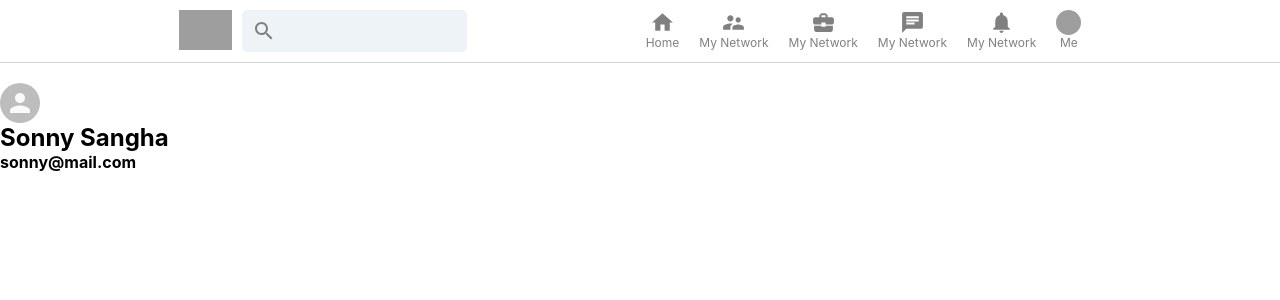
Repository: joaogamarra/linkedin-clone
Page: /
An editor plug-in stored every save of this project. The page is shown before and after the next save, followed by the edit.
The browser window is 1280 px wide. The pictures show the whole page.
Pictures or frames that could not be fetched are drawn as grey boxes. The project was rebuilt for these pictures with package versions that can differ from the ones it lists, and the page was loaded fresh each time. Also part of the build but not shown: src/App.css.

Above is the page before, as saved 2021-02-18 18:13:32.

### src/index.js
import React from 'react'
import ReactDOM from 'react-dom'
import './index.css'
import App from './App'

ReactDOM.render(
	<React.StrictMode>
		<App />
	</React.StrictMode>,
	document.getElementById('root')
)

### src/index.css
* {
	margin: 0;
}

body {
	margin: 0;
	font-family: -apple-system, BlinkMacSystemFont, 'Segoe UI', 'Roboto', 'Oxygen', 'Ubuntu', 'Cantarell',
		'Fira Sans', 'Droid Sans', 'Helvetica Neue', sans-serif;
	-webkit-font-smoothing: antialiased;
	-moz-osx-font-smoothing: grayscale;
}

code {
	font-family: source-code-pro, Menlo, Monaco, Consolas, 'Courier New', monospace;
}

### src/App.js
import './App.css'
import Header from './components/header/Header'
import Sidebar from './components/sidebar/Sidebar'

function App() {
	return (
		<div className='App'>
			<Header />
			<div className='app__body'>
				<Sidebar />
			</div>
		</div>
	)
}

export default App

### src/components/header/Header.js
import './Header.css'
import HeaderOption from './HeaderOption'
import SearchIcon from '@material-ui/icons/Search'
import HomeIcon from '@material-ui/icons/Home'
import SupervisorAccountIcon from '@material-ui/icons/SupervisorAccount'
import BusinessCenterIcon from '@material-ui/icons/BusinessCenter'
import ChatIcon from '@material-ui/icons/Chat'
import NotificationsIcon from '@material-ui/icons/Notifications'

const Header = () => {
	return (
		<div className='header'>
			<div className='header__left'>
				<img src='https://www.flaticon.com/svg/static/icons/svg/174/174857.svg' alt='' />

				<div className='header__search'>
					<SearchIcon />
					<input type='text' />
				</div>
			</div>
			<div className='header__right'>
				<HeaderOption Icon={HomeIcon} title='Home' />
				<HeaderOption Icon={SupervisorAccountIcon} title='My Network' />
				<HeaderOption Icon={BusinessCenterIcon} title='My Network' />
				<HeaderOption Icon={ChatIcon} title='My Network' />
				<HeaderOption Icon={NotificationsIcon} title='My Network' />
				<HeaderOption
					avatar='https://compassionate-leakey-e9b16b.netlify.app/images/IG_Sonny.jpeg'
					title='Me'
				/>
			</div>
		</div>
	)
}

export default Header

### src/components/sidebar/Sidebar.js
import { Avatar } from '@material-ui/core'

const Sidebar = () => {
	return (
		<div className='sidebar'>
			<div className='sidebar__top'>
				<img src='' alt='' />
				<Avatar />
				<h2>Sonny Sangha</h2>
				<h4>sonny@mail.com</h4>
			</div>
		</div>
	)
}

export default Sidebar

### src/components/header/Header.css
.header {
	position: sticky;
	top: 0;
	display: flex;
	justify-content: space-evenly;
	padding: 10px 0;
	width: 100%;
	border-bottom: 0.1px solid lightgray;
	z-index: 30;
}

.header__left {
	display: flex;
}

.header__left > img {
	object-fit: contain;
	height: 40px;
	margin-right: 10px;
}

.header__search {
	padding: 10px;
	display: flex;
	align-items: center;
	border-radius: 5px;
	height: 22px;
	color: gray;
	background-color: #eef3f8;
}

.header__search > input {
	outline: none;
	border: none;
	background: none;
}

.header__right {
	display: flex;
}

### src/components/header/HeaderOption.js
import './HeaderOption.css'
import { Avatar } from '@material-ui/core'

const HeaderOption = ({ avatar, Icon, title }) => {
	return (
		<div className='headerOption'>
			{Icon && <Icon className='headerOption__icon' />}
			{avatar && <Avatar className='headerOption__icon' src={avatar} />}
			<h3 className='headerOption__title'>{title}</h3>
		</div>
	)
}

export default HeaderOption

### src/components/header/HeaderOption.css
.headerOption {
	display: flex;
	flex-direction: column;
	align-items: center;
	margin-right: 20px;
	color: gray;
	cursor: pointer;
}

.headerOption:hover {
	color: black;
}

.headerOption__title {
	font-size: 12px;
	font-weight: 400;
}

.headerOption__icon {
	object-fit: contain;
	height: 25px !important;
	width: 25px !important;
}

Loaded but not shown: public/index.html (common file)

After the next save:
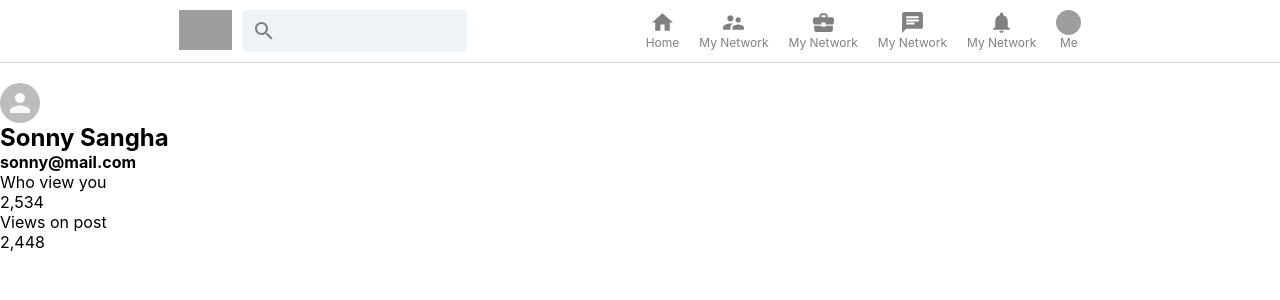
Saved 57 min 48 s later.
--- a/src/components/sidebar/Sidebar.js
+++ b/src/components/sidebar/Sidebar.js
@@ -9,6 +9,19 @@ const Sidebar = () => {
 				<h2>Sonny Sangha</h2>
 				<h4>sonny@mail.com</h4>
 			</div>
+
+			<div className='sidebar__stats'>
+				<div className='sidebar__stat'>
+					<p>Who view you</p>
+					<p className='sidebar__statNumber'>2,534</p>
+				</div>
+				<div className='sidebar__stat'>
+					<p>Views on post</p>
+					<p className='sidebar__statNumber'>2,448</p>
+				</div>
+			</div>
+
+			<div className='sidebar__bottom'></div>
 		</div>
 	)
 }
